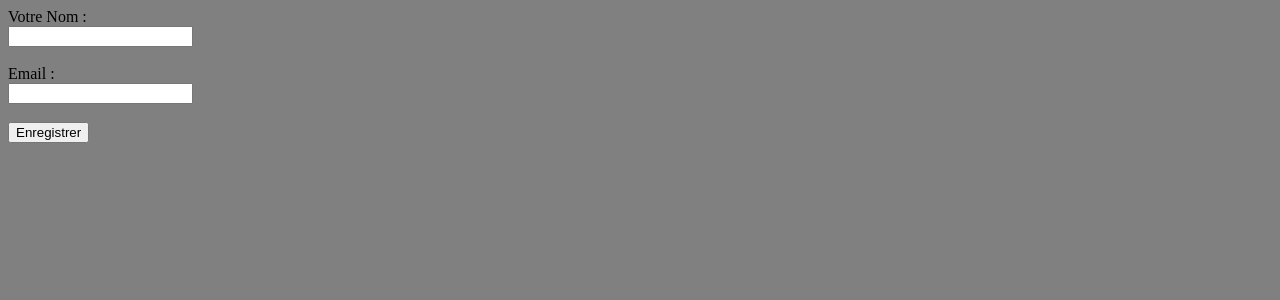
Repository: Haidara-97/TPJEE
Page: http://localhost/AppTest/
An editor plug-in stored every save of this project. The page is shown before and after the next save, followed by the edit.
The browser window is 1280 px wide. The pictures show the whole page.
The page is served by Tomcat 9. Other server files are loaded and not shown.

Above is the page before, as saved 2025-06-18 10:47:18.

### AppTest/src/main/webapp/index.jsp
<%@ page language="java" contentType="text/html; charset=UTF-8"
    pageEncoding="UTF-8"%>
<!DOCTYPE html>
<html>
<head>
<meta charset="UTF-8">
<title>Insert title here</title>
</head>
<body bgcolor=Gray>
<div>
<form action="UserServlet" method="POST">
<label for=nom > Votre Nom :</label><br>
        <input type="text" id="nom" name="nom"><br><br>
<label for=email> Email :</label> <br>
        <input type="text" id= "email" name="email"><br><br>
        <input type = "submit" value= Enregistrer>
</form>
</div>

</body>
</html>

After the next save:
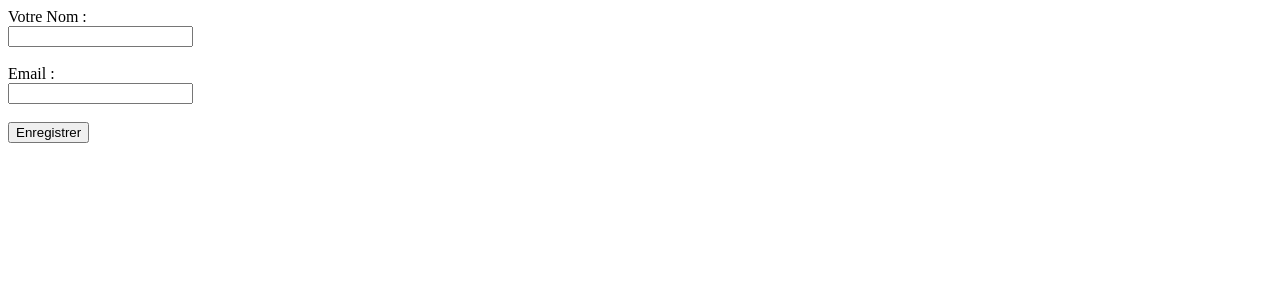
Saved 3 min 21 s later.
--- a/AppTest/src/main/webapp/index.jsp
+++ b/AppTest/src/main/webapp/index.jsp
@@ -6,8 +6,8 @@
 <meta charset="UTF-8">
 <title>Insert title here</title>
 </head>
-<body bgcolor=Gray>
-<div>
+<body style= bgcolor:Gray; justify-content: center;>
+<div >
 <form action="UserServlet" method="POST">
 <label for=nom > Votre Nom :</label><br>
         <input type="text" id="nom" name="nom"><br><br>

After the 3 saves that followed:
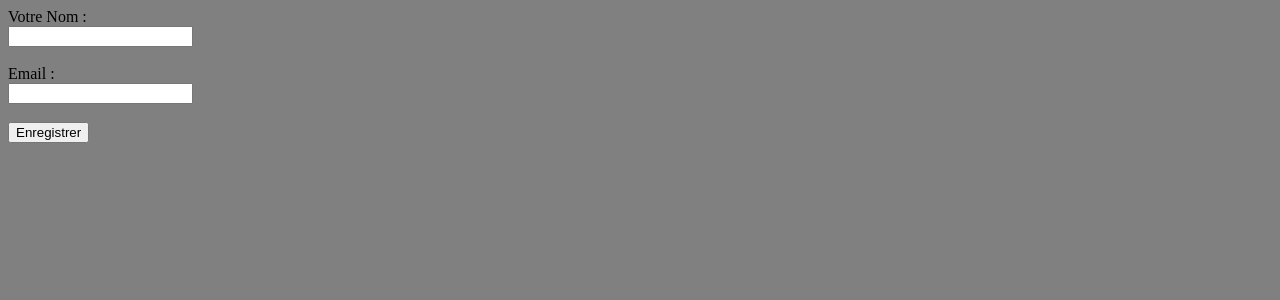
The 3 saves are shown as one change because 2 left the picture as it was.
The last was saved 6 min 48 s later.
--- a/AppTest/src/main/webapp/index.jsp
+++ b/AppTest/src/main/webapp/index.jsp
@@ -5,8 +5,14 @@
 <head>
 <meta charset="UTF-8">
 <title>Insert title here</title>
+<style>
+body{
+background-color: gray;
+justify-content: center;
+}
+</style>
 </head>
-<body style= bgcolor:Gray; justify-content: center;>
+<body >
 <div >
 <form action="UserServlet" method="POST">
 <label for=nom > Votre Nom :</label><br>
